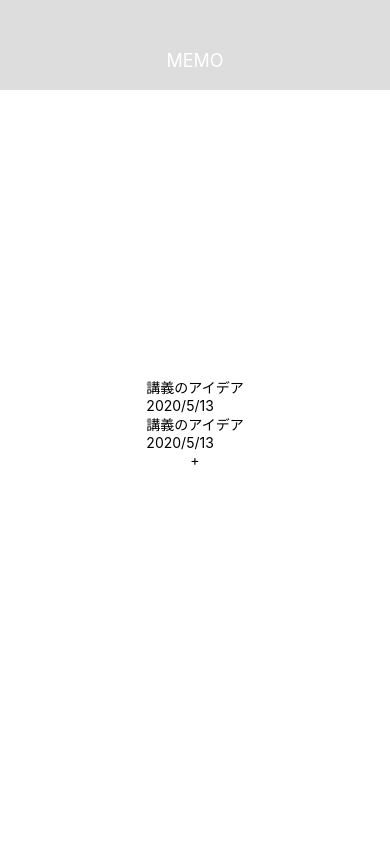
Repository: NagataRyuji0630/memo_app_for_reactNative
Page: /
These files come from the project's save history. The page is drawn as it stood at one moment and after the next save; the edit follows.
The browser window is 390 px wide. The pictures show the whole page.
The app was drawn by React Native's web renderer in a window 390 px wide. The project was rebuilt for these pictures with package versions that can differ from the ones it lists, and the page was loaded fresh each time.

Above is the page before, as saved 2020-05-13 22:09:41.

After the next save:
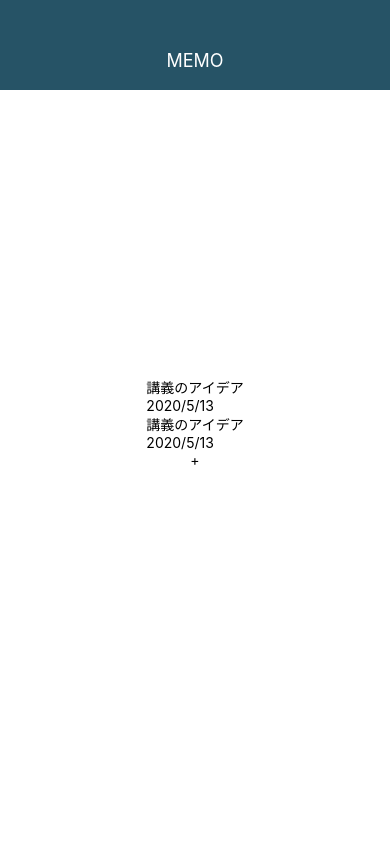
Saved 54 s later.
--- a/App.js
+++ b/App.js
@@ -47,7 +47,7 @@ const styles = StyleSheet.create({
     right: 0,
     height: 90,
     paddingTop: 30,
-    backgroundColor: '#ddd',
+    backgroundColor: '#265366',
     justifyContent: 'center',
     alignItems: 'center',
   },
